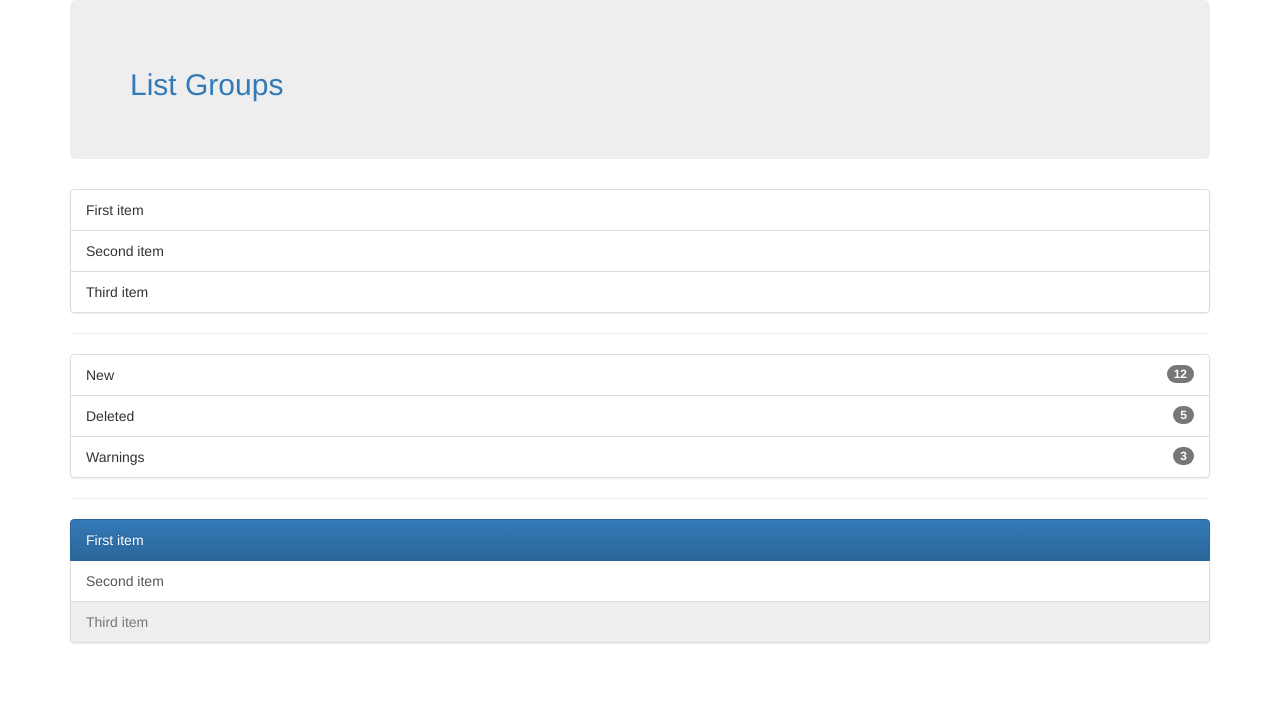
Repository: jksfoTemp/html-css-js
Page: -HTML5/bootstrap/listGroups.html
The author's editor kept a record of every edit. The page is drawn from the files as they stood at one moment, then again after the next edit.
The browser window is 1280 px wide. The pictures show the whole page.
Some web libraries are served in a nearby version.

Above is the page before.

### -HTML5/bootstrap/listGroups.html
<!DOCTYPE html>
<html lang="en">

<head>
    <title>Bootstrap - List Groups</title>
    <meta charset="utf-8">
    <meta name="viewport" content="width=device-width, initial-scale=1">

    <!-- <link rel="stylesheet" href="http://reset5.googlecode.com/hg/reset.min.css"> -->

    <!-- Latest compiled and minified CSS -->
    <link rel="stylesheet" href="https://maxcdn.bootstrapcdn.com/bootstrap/3.3.2/css/bootstrap.min.css">

    <!-- Optional theme -->
    <link rel="stylesheet" href="https://maxcdn.bootstrapcdn.com/bootstrap/3.3.2/css/bootstrap-theme.min.css">

    <script src="https://code.jquery.com/jquery-2.1.3.min.js"></script>

    <!-- Latest compiled and minified JavaScript -->
    <script src="https://maxcdn.bootstrapcdn.com/bootstrap/3.3.2/js/bootstrap.min.js">
    </script>

</head>

<body>
    <div class="container">
        <div class="jumbotron ">
            <h2><a href="http://www.w3schools.com/bootstrap/bootstrap_list_groups.asp">List Groups</a></h2>
        </div>

<ul class="list-group">
  <li class="list-group-item">First item</li>
  <li class="list-group-item">Second item</li>
  <li class="list-group-item">Third item</li>
</ul>
<hr />

<ul class="list-group">
  <li class="list-group-item"><span class="badge">12</span> New</li>
  <li class="list-group-item"><span class="badge">5</span> Deleted</li>
  <li class="list-group-item"><span class="badge">3</span> Warnings</li>
</ul>
<hr />

<div class="list-group">
  <a href="#" class="list-group-item active">First item</a>
  <a href="#" class="list-group-item">Second item</a>
  <a href="#" class="list-group-item disabled">Third item</a>
</div>

    </div>
</body>

</html>

After the next edit:
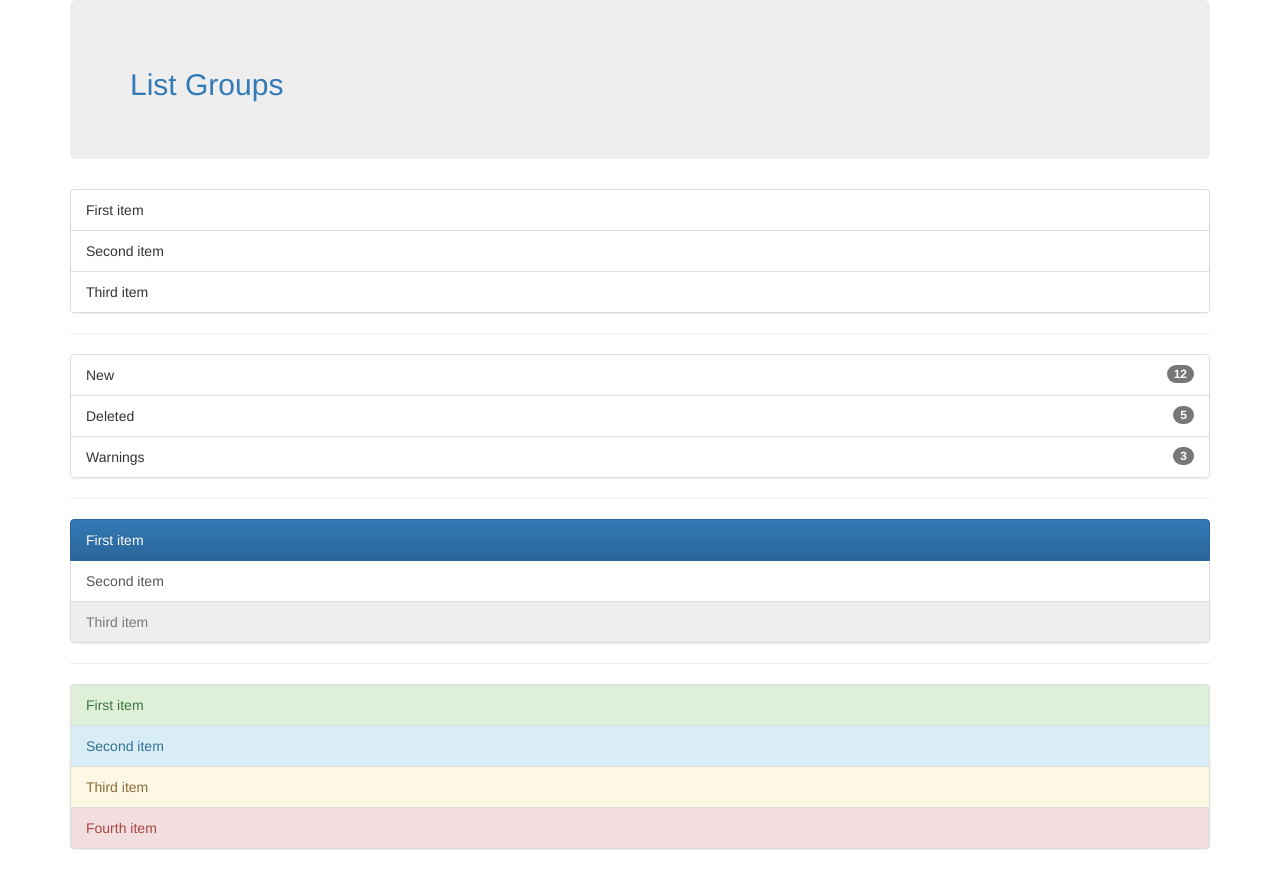
The edit:
--- a/-HTML5/bootstrap/listGroups.html
+++ b/-HTML5/bootstrap/listGroups.html
@@ -48,6 +48,14 @@
   <a href="#" class="list-group-item disabled">Third item</a>
 </div>
 
+<hr />
+
+<ul class="list-group">
+  <li class="list-group-item list-group-item-success">First item</li>
+  <li class="list-group-item list-group-item-info">Second item</li>
+  <li class="list-group-item list-group-item-warning">Third item</li>
+  <li class="list-group-item list-group-item-danger">Fourth item</li>
+</ul>
     </div>
 </body>
 
